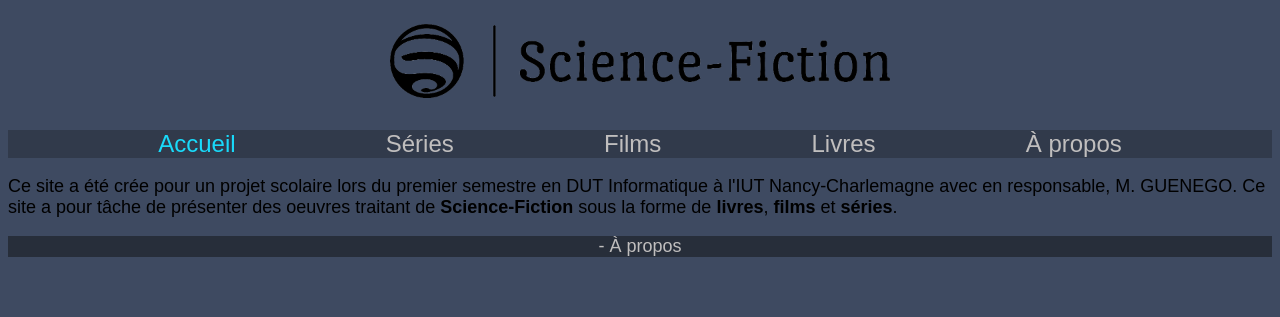
Repository: Emalios/Projet-Web
Page: index.html
An editor plug-in stored every save of this project. The page is shown before and after the next save, followed by the edit.
The browser window is 1280 px wide. The pictures show the whole page.

Above is the page before, as saved 2020-11-11 18:10:07.

### index.html
<!DOCTYPE html>
<html lang="fr" dir="ltr">

<head>
  <meta charset="utf-8">
  <meta name="viewport" content="width=device-width, initial-scale=1.0">
  <title>Science-Fiction</title>
  <link rel="icon" href="images/small_icon.png" type="image/png">
  <link rel="stylesheet" href="css/common.css">
</head>

<body>
  <header>
    <img id="logo" src="images/logo_large.png" alt="logo de Science-fiction">
    <nav class="navbar">
      <a href="index.html" id="active" class="nav-link">Accueil</a>
      <a href="html/series.html" class="nav-link">Séries</a>
      <a href="html/films.html" class="nav-link">Films</a>
      <a href="html/livres.html" class="nav-link">Livres</a>
      <a href="html/a-propos.html" class="nav-link">À propos</a>
    </nav>
  </header>
  <main>
    <p>Ce site a été crée pour un projet scolaire lors du premier semestre en DUT Informatique à l'IUT Nancy-Charlemagne avec en responsable, M. GUENEGO.
      Ce site a pour tâche de présenter des oeuvres traitant de <b>Science-Fiction</b> sous la forme de <b>livres</b>, <b>films</b> et <b>séries</b>.
    </p>
  </main>
  <footer><a href="html/a-propos.html" class="footer-link">- À propos</a></footer>
</body>


</html>

### css/common.css
body {
  background-color: #3e4a61;
  font-size: 18px;
  font-family: "Source Sans Pro", sans-serif;
}

#logo {
  display: block;
  margin-left: auto;
  margin-right: auto;
  padding-top: 1rem;
  padding-bottom: 2rem;
  max-width: 500px;
}

ul {
  list-style: none outside none;
}

.navbar {
  font-size: 24px;
  display: flex;
  flex-wrap: wrap;
  justify-content: space-evenly;
  padding: 0;
  background-color: #313a4b;
}

.nav-link, .footer-link {
  text-decoration: none;
  color: #c0bebe;
}

.nav-link:hover {
  color: #19dafa;
}

#active {
  color: #19dafa !important;
}

#title {
  text-align: center;
  padding: 1rem;
}

footer {
  background-color: #272e3a;
  text-align: center;
}

@media all and (max-width: 700px) {
  #logo {
    display: block;
    margin-left: auto;
    margin-right: auto;
    padding-top: 1em;
    width: 85%;
    max-width: 500px;
  }

}

After the next save:
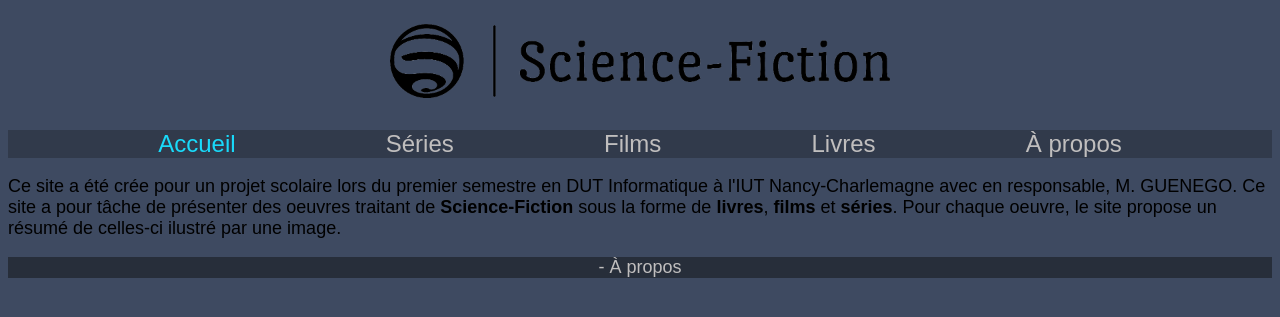
Saved 39 s later.
--- a/index.html
+++ b/index.html
@@ -23,6 +23,7 @@
   <main>
     <p>Ce site a été crée pour un projet scolaire lors du premier semestre en DUT Informatique à l'IUT Nancy-Charlemagne avec en responsable, M. GUENEGO.
       Ce site a pour tâche de présenter des oeuvres traitant de <b>Science-Fiction</b> sous la forme de <b>livres</b>, <b>films</b> et <b>séries</b>.
+      Pour chaque oeuvre, le site propose un résumé de celles-ci ilustré par une image.
     </p>
   </main>
   <footer><a href="html/a-propos.html" class="footer-link">- À propos</a></footer>
